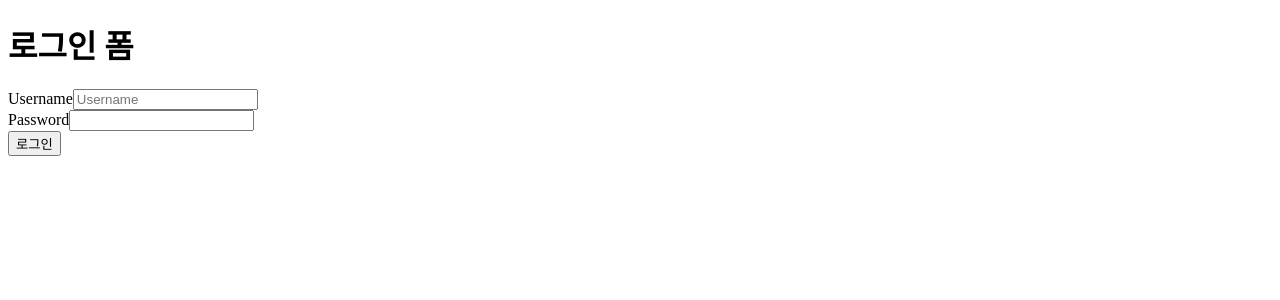
Repository: Styner-JEON/event
Page: /login (app in frontend/)
An editor plug-in stored every save of this project. The page is shown before and after a run of saves, followed by the edit.
The browser window is 1280 px wide. The pictures show the whole page.
The project was rebuilt for these pictures with package versions that can differ from the ones it lists, and the page was loaded fresh each time. The framework's server and built-in components were replaced by stand-ins that run in the browser. Also part of the build but not shown: frontend/next.config.ts.

Above is the page before, as saved 2025-04-17 13:52:02.

After the next 2 saves:
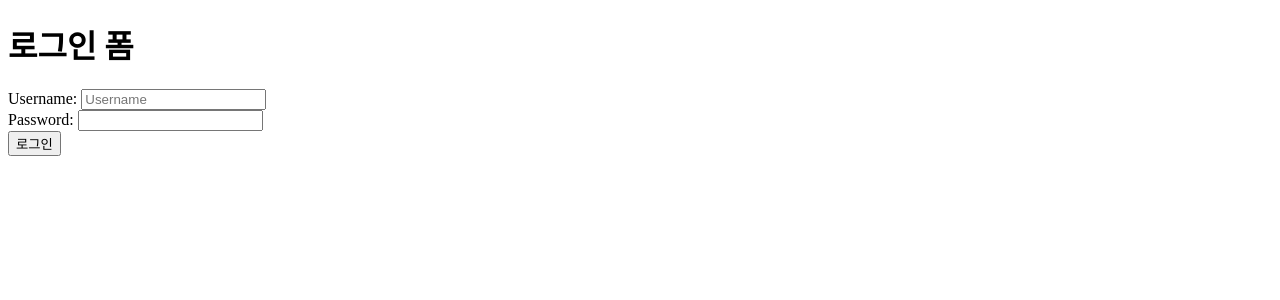
The 2 saves are shown as one change because they came seconds apart.
The last was saved 21 s later.
--- a/frontend/src/app/login/_components/login-form.tsx
+++ b/frontend/src/app/login/_components/login-form.tsx
@@ -9,13 +9,13 @@ export default function LoginForm() {
   return (
     <form action={action}>
       <div>
-        <label htmlFor="username">Username</label>
+        <label htmlFor="username">Username: </label>
         <input id="username" name="username" placeholder="Username" />
       </div>
       {state?.errors?.username && <p>{state.errors.username}</p>}
 
       <div>
-        <label htmlFor="password">Password</label>
+        <label htmlFor="password">Password: </label>
         <input id="password" name="password" type="Password" />
       </div>
       {state?.errors?.password && (
